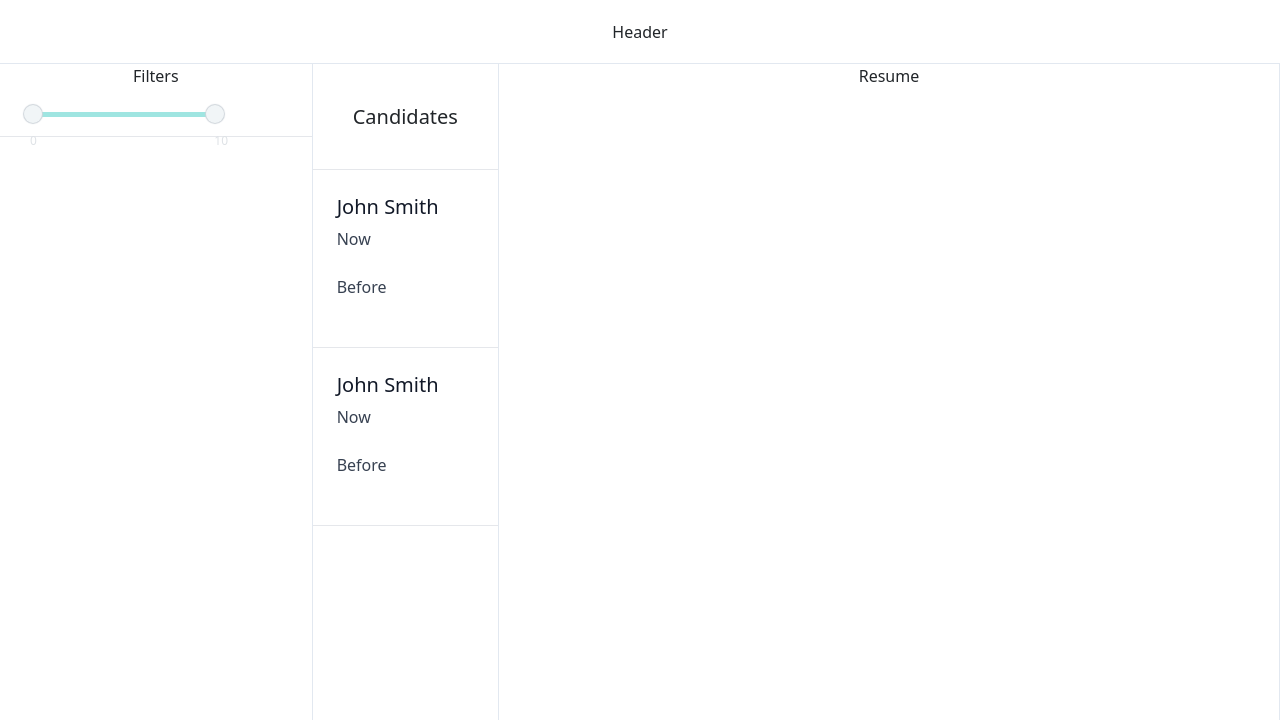
Repository: VictorJPimentel/Resume-Matcher
Page: / (app in frontend/)
These files come from the project's save history. The page is drawn as it stood at one moment and after the next save; the edit follows.
The browser window is 1280 px wide. The pictures show the whole page.
The project was rebuilt for these pictures with package versions that can differ from the ones it lists, and the page was loaded fresh each time. Also part of the build but not shown: frontend/src/components/FileUpload.jsx.

Above is the page before, as saved 2022-08-09 21:33:29.

After the next save:
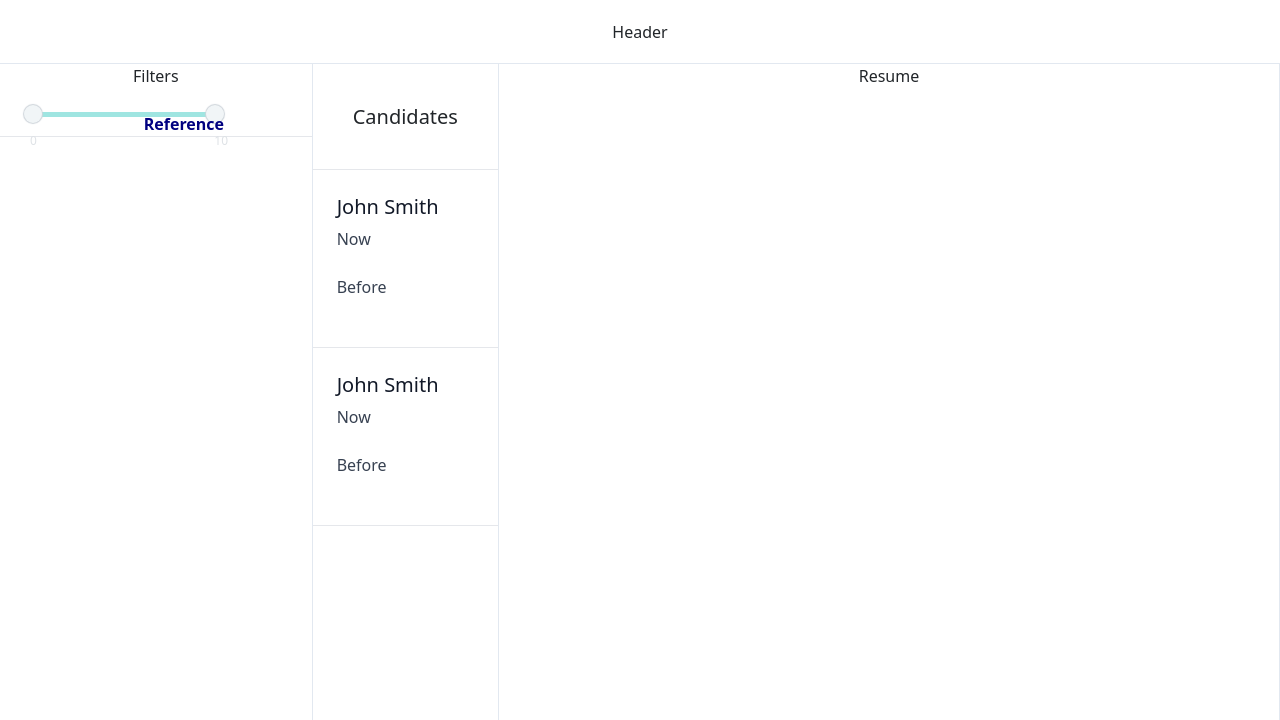
Saved 107 s later.
--- a/frontend/src/components/multiRangeSlider/multiRangeSlider.css
+++ b/frontend/src/components/multiRangeSlider/multiRangeSlider.css
@@ -51,7 +51,6 @@
 .thumb::-webkit-slider-thumb {
   -webkit-appearance: none;
   -webkit-tap-highlight-color: transparent;
-  content: "Reference ";
 }
 
 .thumb {
@@ -64,6 +63,12 @@
 
 .thumb--left {
   z-index: 3;
+}
+
+.thumb--left::after {
+  font-weight: bold;
+  color: navy;
+  content: "Reference ";
 }
 
 .thumb--right {

After the save that followed:
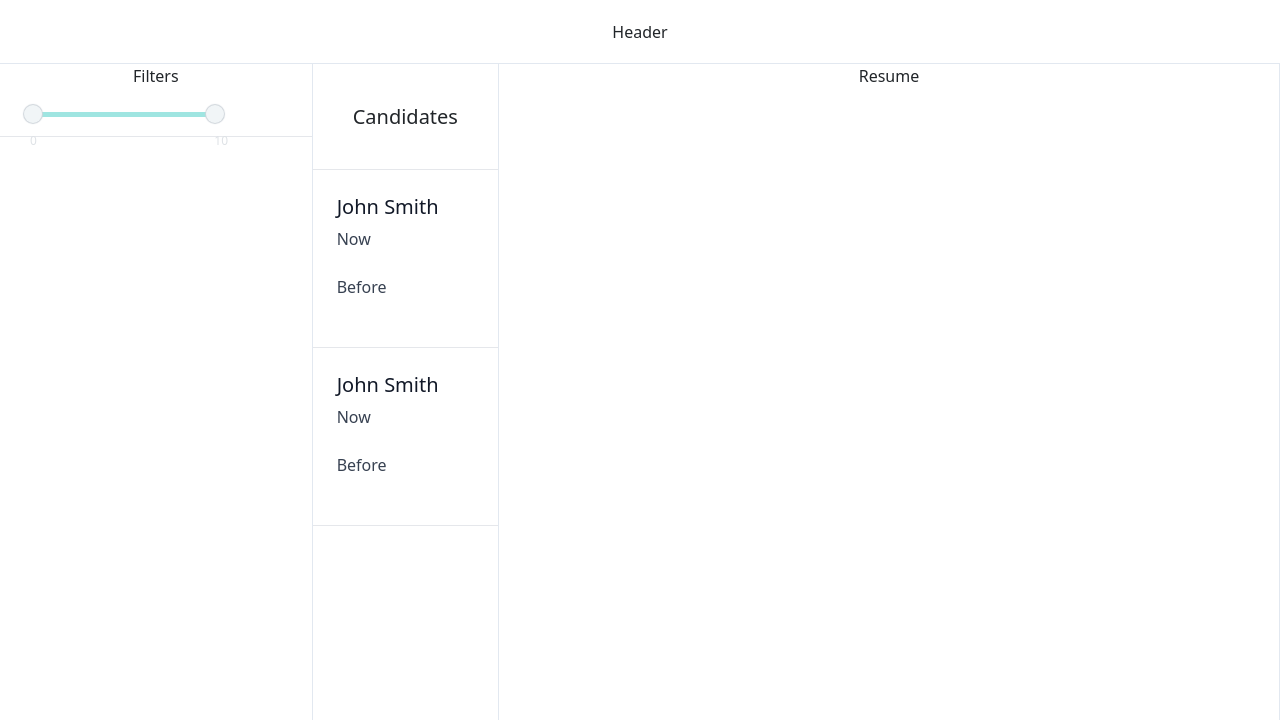
Saved 2 min 10 s later.
--- a/frontend/src/components/multiRangeSlider/multiRangeSlider.css
+++ b/frontend/src/components/multiRangeSlider/multiRangeSlider.css
@@ -65,12 +65,6 @@
   z-index: 3;
 }
 
-.thumb--left::after {
-  font-weight: bold;
-  color: navy;
-  content: "Reference ";
-}
-
 .thumb--right {
   z-index: 4;
 }
@@ -87,7 +81,6 @@
   margin-top: 4px;
   pointer-events: all;
   position: relative;
-  content: "Reference ";
 }
 
 /* For Firefox browsers */
@@ -102,5 +95,12 @@
   margin-top: 4px;
   pointer-events: all;
   position: relative;
-  content: "Reference ";
 }
+
+.thumb::-webkit-slider-thumb::before {
+  content: "∞";
+}
+
+.range-infinite::before {
+  content: "∞";
+}
